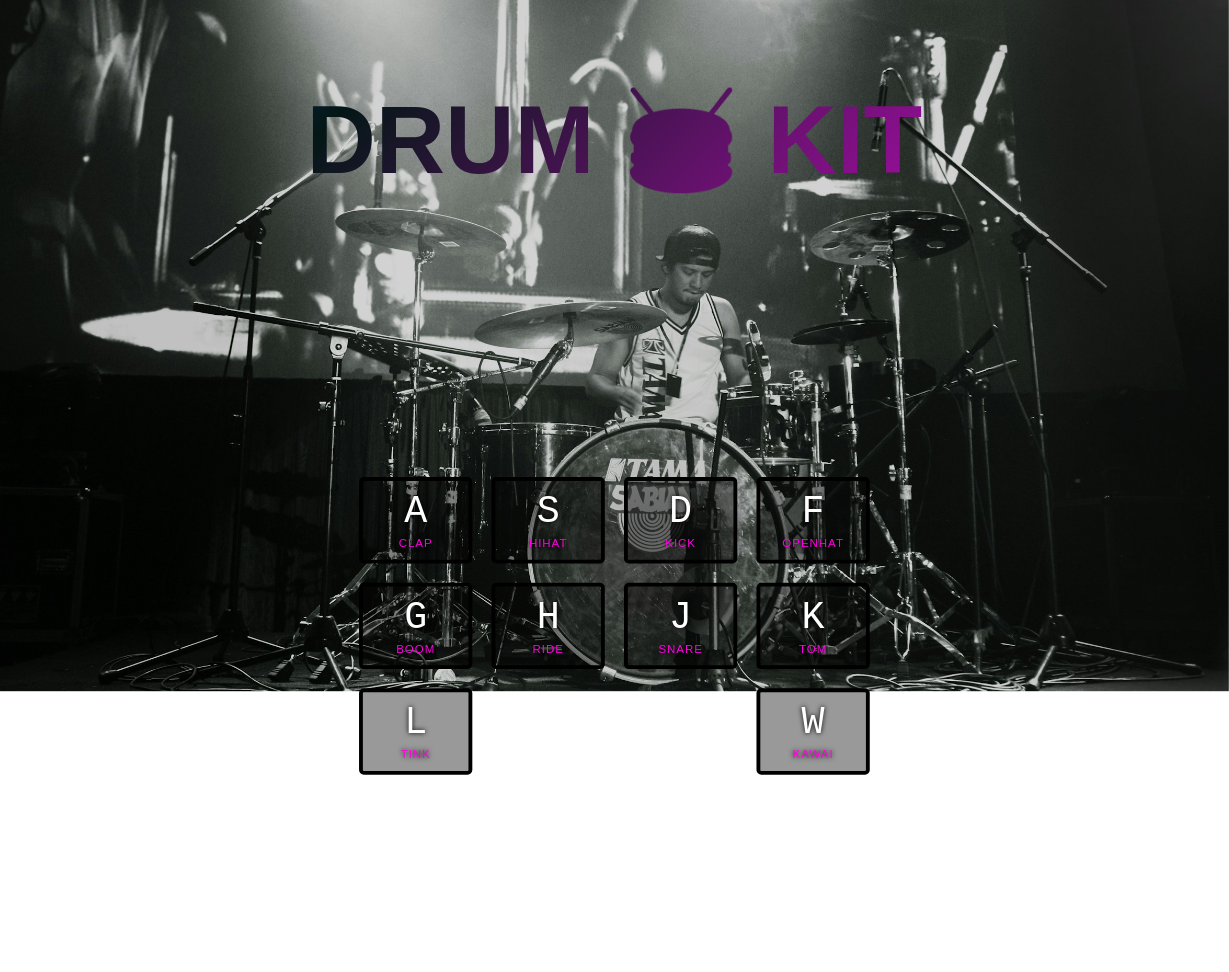
Repository: Freezler/drumkitJS
Page: index.html
The author's editor kept a copy of each file at every save. The page is drawn from the files as they stood at one save, then again after the next save.
The browser window is 1280 px wide. The pictures show the whole page, at 96% of full size.

Above is the page before, as saved 2024-08-23 23:29:01.

After the next save:
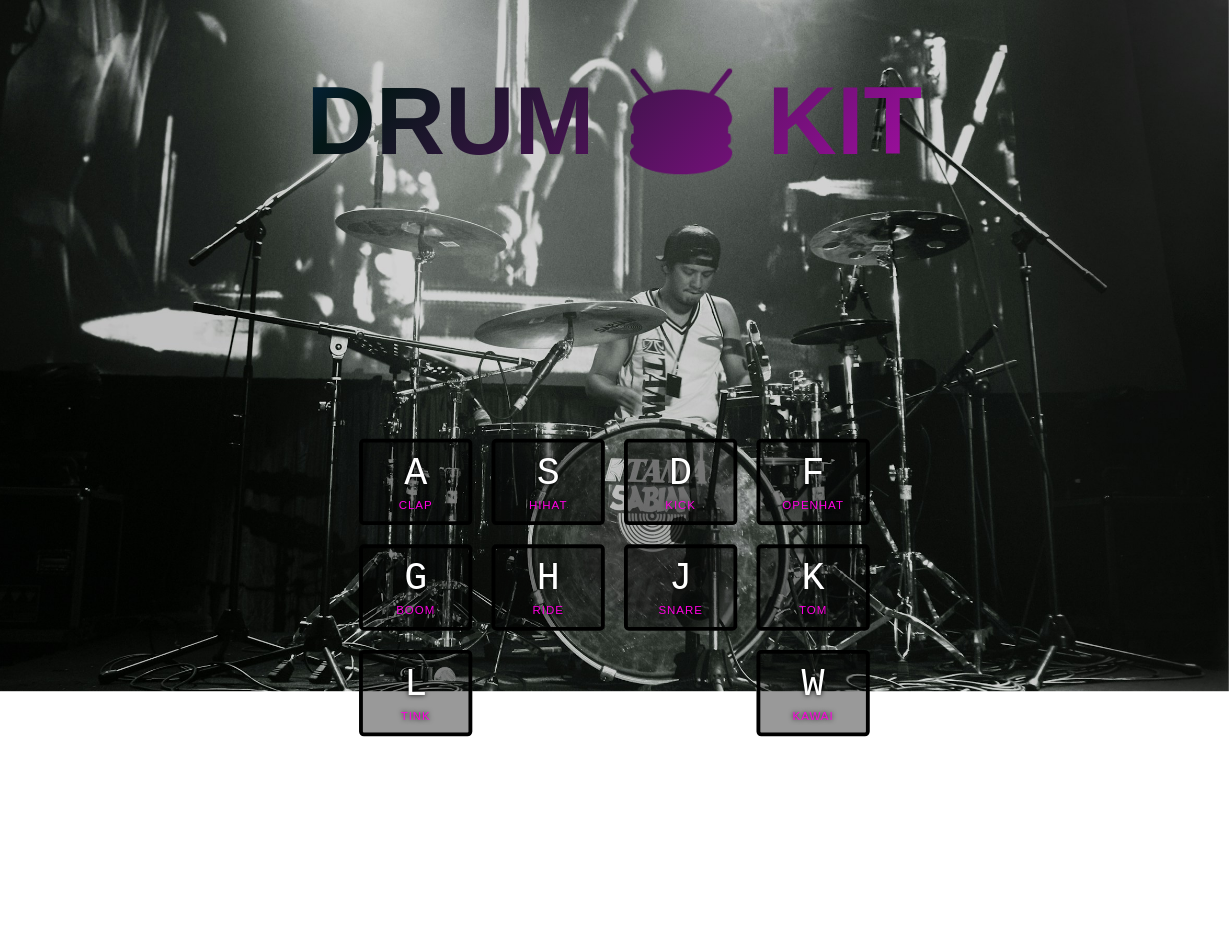
Saved 10 s later.
--- a/style.css
+++ b/style.css
@@ -14,7 +14,7 @@
   font-family: sans-serif;
 }
 header {
-  padding: 2rem;
+  padding-inline: 2rem;
   text-align: center;
   color: white;
   background-image: linear-gradient(135deg, #064fc5 0%,#041716 30%, #f109e9 100%);
